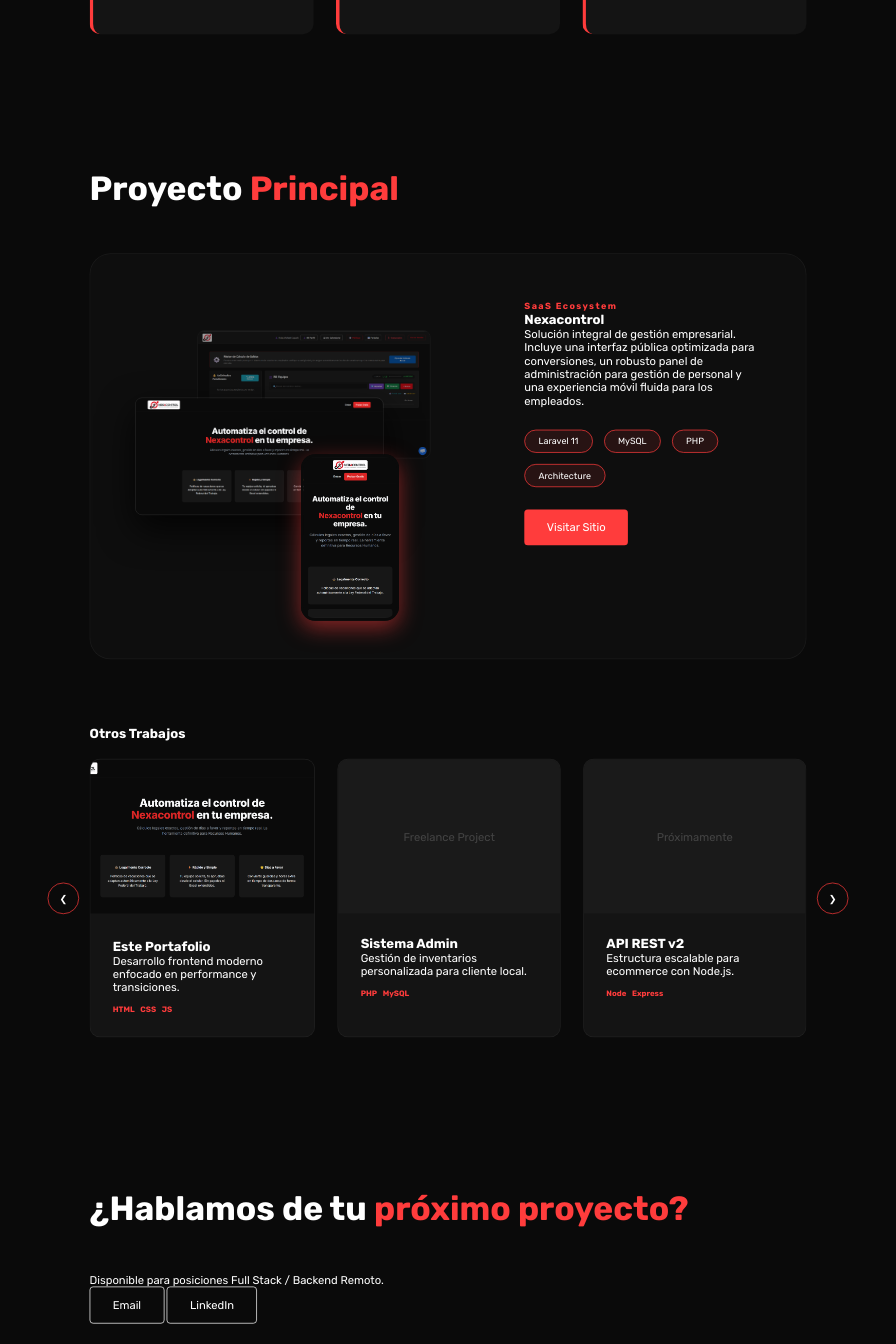
Repository: hercules830/Mi-portfolio-profesional
Page: index.html
These files come from the project's save history. The page is drawn as it stood at one moment and after the next save; the edit follows.
The browser window is 1280 px wide. The pictures show the part of the page from y = 1097 to 3017 px (the page is 3052 px tall before and 3260 px after), at 70% of full size.
Some web fonts or font styles are not loaded; a fallback is used.

Above is the page before, as saved 2026-05-30 00:42:45.

### index.html
<!DOCTYPE html>
<html lang="es">
  <head>
    <meta charset="UTF-8" />
    <meta name="viewport" content="width=device-width, initial-scale=1.0" />
    <link rel="stylesheet" href="styles.css" />
    <link rel="preconnect" href="https://fonts.googleapis.com" />
    <link rel="preconnect" href="https://fonts.gstatic.com" crossorigin />
    <link
      href="https://fonts.googleapis.com/css2?family=Rubik:wght@300;400;700&family=Rubik+Storm&display=swap"
      rel="stylesheet"
    />
    <title>Brayan Espinoza | Full Stack Developer</title>
  </head>
  <body>
    <header class="header">
      <nav class="nav">
        <div class="logo-container">
          <p class="logo">BRAYAN <span>ESPINOZA</span></p>
        </div>
        <ul class="links">
          <li><a class="link" href="#inicio">Inicio</a></li>
          <li><a class="link" href="#habilidades">Habilidades</a></li>
          <li><a class="link" href="#proyectos">Proyectos</a></li>
          <li><a class="link" href="#contacto">Contacto</a></li>
        </ul>
      </nav>

      <div class="description" id="inicio">
        <h1 class="header-title">Brayan</h1>
        <p class="my-description">Engineer + Full Stack Web Developer</p>
        <div class="cta-container">
          <a href="#proyectos" class="btn-primary">Ver Proyectos</a>
          <a href="#contacto" class="btn-secondary">Contáctame</a>
        </div>
      </div>
    </header>

    <!-- SECCIÓN HABILIDADES -->
    <section class="section" id="habilidades">
      <h2 class="section-title">Habilidades <span>Técnicas</span></h2>
      <div class="skills-grid">
        <div class="skill-card">
          <h3>Backend</h3>
          <p>PHP, Laravel, Node.js, MySQL, Eloquent ORM, REST APIs</p>
        </div>
        <div class="skill-card">
          <h3>Frontend</h3>
          <p>JavaScript (ES6+), React, HTML5, CSS3, Tailwind</p>
        </div>
        <div class="skill-card">
          <h3>Herramientas</h3>
          <p>Git, Postman, SCRUM, Linux, AWS 기초</p>
        </div>
      </div>
    </section>

    <!-- SECCIÓN PROYECTOS -->
    <section class="section" id="proyectos">
      <h2 class="section-title">Proyecto <span>Principal</span></h2>

      <!-- PROYECTO DESTACADO: NEXACONTROL -->
      <div class="featured-project">
        <div class="featured-img-container">
          <!-- 1. La Landing Page (Imagen Principal ahora) -->
          <img
            src="assets/img/projects/indexNexa.png"
            alt="Nexacontrol Landing"
            class="img-lead"
          />

          <!-- 2. El Panel Administrativo (Imagen Secundaria desplazada) -->
          <img
            src="assets/img/projects/panelJefeAreaNexa.png"
            alt="Nexacontrol Panel"
            class="img-panel"
          />

          <!-- 3. La Versión Móvil (Imagen Flotante) -->
          <img
            src="assets/img/projects/indexNexaPhone.png"
            alt="Nexacontrol Mobile"
            class="img-phone"
          />
        </div>

        <div class="featured-info">
          <span class="tag">SaaS Ecosystem</span>
          <h3>Nexacontrol</h3>
          <p>
            Solución integral de gestión empresarial. Incluye una interfaz
            pública optimizada para conversiones, un robusto panel de
            administración para gestión de personal y una experiencia móvil
            fluida para los empleados.
          </p>
          <div class="tech-stack">
            <span>Laravel 11</span><span>MySQL</span><span>PHP</span
            ><span>Architecture</span>
          </div>
          <div class="actions">
            <a
              href="https://nexacontrolapp.com"
              target="_blank"
              class="btn-primary"
              >Visitar Sitio</a
            >
          </div>
        </div>
      </div>

      <!-- En el CARRUSEL de abajo, cambia la primera tarjeta para que no se repita Nexacontrol -->
      <!-- Puedes poner una captura de este portafolio o un logo de "Freelance" -->

      <!-- CARRUSEL OTROS PROYECTOS -->
      <h3 class="sub-title">Otros <span>Trabajos</span></h3>
      <div class="carousel-container">
        <button class="carousel-btn prev" id="prevBtn">&#10094;</button>
        <div class="carousel-track-container">
          <ul class="carousel-track" id="track">
            <li class="project-card">
              <img
                src="assets/img/projects/indexNexa.png"
                alt="Portfolio Preview"
              />
              <div class="project-info">
                <h3>Este Portafolio</h3>
                <p>
                  Desarrollo frontend moderno enfocado en performance y
                  transiciones.
                </p>
                <div class="tech-tags">
                  <span>HTML</span><span>CSS</span><span>JS</span>
                </div>
              </div>
            </li>
            <li class="project-card">
              <div class="placeholder-img">Freelance Project</div>
              <div class="project-info">
                <h3>Sistema Admin</h3>
                <p>Gestión de inventarios personalizada para cliente local.</p>
                <div class="tech-tags"><span>PHP</span><span>MySQL</span></div>
              </div>
            </li>
            <li class="project-card">
              <div class="placeholder-img">Próximamente</div>
              <div class="project-info">
                <h3>API REST v2</h3>
                <p>Estructura escalable para ecommerce con Node.js.</p>
                <div class="tech-tags">
                  <span>Node</span><span>Express</span>
                </div>
              </div>
            </li>
          </ul>
        </div>
        <button class="carousel-btn next" id="nextBtn">&#10095;</button>
      </div>
    </section>

    <!-- FOOTER / CONTACTO -->
    <footer class="section" id="contacto">
      <h2 class="section-title">
        ¿Hablamos de tu <span>próximo proyecto?</span>
      </h2>
      <p>Disponible para posiciones Full Stack / Backend Remoto.</p>
      <div class="social-links">
        <a href="mailto:musicabjhe830@gmail.com" class="btn-secondary">Email</a>
        <a
          href="https://www.linkedin.com/in/brayan-espinoza-57191512a"
          target="_blank"
          class="btn-secondary"
          >LinkedIn</a
        >
      </div>
    </footer>

    <script src="script.js"></script>
  </body>
</html>

### styles.css
:root {
  --primary-red: #ff3c3c;
  --dark-bg: #0a0a0a;
  --card-bg: #141414;
  --text-white: #ffffff;
  --gray-text: #b3b3b3;
}

* {
  margin: 0;
  padding: 0;
  box-sizing: border-box;
  scroll-behavior: smooth;
}

body {
  background-color: var(--dark-bg);
  color: var(--text-white);
  font-family: "Rubik", sans-serif;
  overflow-x: hidden;
}

/* --- HEADER --- */
.header {
  height: 100vh;
  background: linear-gradient(to bottom, transparent 60%, var(--dark-bg) 100%),
    linear-gradient(rgba(0, 0, 0, 0.4), rgba(0, 0, 0, 0.4)),
    url("assets/background.jpg");
  background-size: cover;
  background-position: center;
  display: flex;
  flex-direction: column;
}

.nav {
  display: flex;
  justify-content: space-between;
  padding: 2rem 5%;
  align-items: center;
}

.logo {
  font-weight: bold;
  letter-spacing: 2px;
}
.logo span {
  color: var(--primary-red);
}

.links {
  display: flex;
  list-style: none;
  gap: 2rem;
}
.link {
  color: white;
  text-decoration: none;
  font-size: 0.9rem;
  transition: 0.3s;
}
.link:hover {
  color: var(--primary-red);
}

.description {
  flex: 1;
  display: flex;
  flex-direction: column;
  justify-content: center;
  padding-left: 10%;
}

.header-title {
  font-family: "Rubik Storm", cursive;
  font-size: clamp(4rem, 10vw, 8rem);
  color: var(--primary-red);
  text-shadow: 0 0 30px rgba(255, 60, 60, 0.4);
}

.my-description {
  font-size: 1.5rem;
  color: var(--gray-text);
  margin-bottom: 2rem;
}

/* --- BOTONES --- */
.btn-primary {
  background: var(--primary-red);
  color: white;
  padding: 1rem 2rem;
  text-decoration: none;
  border-radius: 5px;
  margin-right: 1rem;
  transition: 0.3s;
  display: inline-block;
}

.btn-secondary {
  border: 1px solid white;
  color: white;
  padding: 1rem 2rem;
  text-decoration: none;
  border-radius: 5px;
  transition: 0.3s;
  display: inline-block;
}

.btn-primary:hover {
  transform: scale(1.05);
  box-shadow: 0 0 20px rgba(255, 60, 60, 0.4);
}

/* --- SECCIONES --- */
.section {
  padding: 8rem 10% 4rem 10%;
}
.section-title {
  font-size: 3rem;
  margin-bottom: 4rem;
}
.section-title span {
  color: var(--primary-red);
}

/* --- HABILIDADES --- */
.skills-grid {
  display: grid;
  grid-template-columns: repeat(auto-fit, minmax(280px, 1fr));
  gap: 2rem;
}

.skill-card {
  background: var(--card-bg);
  padding: 3rem;
  border-radius: 15px;
  border-left: 5px solid var(--primary-red);
  transition: 0.3s;
}

.skill-card:hover {
  transform: translateY(-10px);
}
.skill-card h3 {
  margin-bottom: 1rem;
  color: var(--primary-red);
}

/* --- PROYECTO DESTACADO --- */
.featured-project {
  display: grid;
  grid-template-columns: 1.2fr 1fr;
  gap: 5rem;
  background: rgba(255, 255, 255, 0.02);
  padding: 4rem;
  border-radius: 30px;
  border: 1px solid rgba(255, 255, 255, 0.05);
  margin-bottom: 6rem;
}

.featured-img-container {
  position: relative;
  height: 400px;
}
.img-lead {
  width: 95%;
  height: 100%;
  object-fit: cover;
  border-radius: 15px;
  box-shadow: 0 20px 40px rgba(0, 0, 0, 0.6);
}
.img-overlay {
  position: absolute;
  bottom: -30px;
  right: -20px;
  width: 160px;
  border: 4px solid var(--dark-bg);
  border-radius: 20px;
  box-shadow: 0 10px 30px rgba(255, 60, 60, 0.4);
}

.tag {
  color: var(--primary-red);
  font-weight: bold;
  font-size: 0.8rem;
  letter-spacing: 2px;
}
.tech-stack {
  margin: 2rem 0;
  display: flex;
  gap: 1rem;
  flex-wrap: wrap;
}
.tech-stack span {
  background: rgba(255, 60, 60, 0.1);
  padding: 0.5rem 1.2rem;
  border-radius: 30px;
  border: 1px solid var(--primary-red);
  font-size: 0.8rem;
}

/* --- CARRUSEL --- */
.carousel-container {
  position: relative;
  display: flex;
  align-items: center;
}
.carousel-track-container {
  overflow: hidden;
  width: 100%;
}
.carousel-track {
  display: flex;
  list-style: none;
  gap: 2rem;
  transition: transform 0.5s ease;
  padding: 1.5rem 0;
}

.project-card {
  min-width: calc(33.33% - 1.4rem);
  background: var(--card-bg);
  border-radius: 15px;
  overflow: hidden;
  border: 1px solid rgba(255, 255, 255, 0.05);
}

.project-card img,
.placeholder-img {
  width: 100%;
  height: 220px;
  object-fit: cover;
}
.placeholder-img {
  background: #1a1a1a;
  display: flex;
  justify-content: center;
  align-items: center;
  color: #444;
}
.project-info {
  padding: 2rem;
}
.tech-tags {
  display: flex;
  gap: 0.5rem;
  margin-top: 1rem;
}
.tech-tags span {
  color: var(--primary-red);
  font-size: 0.7rem;
  font-weight: bold;
}

.carousel-btn {
  background: var(--dark-bg);
  border: 1px solid var(--primary-red);
  color: white;
  width: 45px;
  height: 45px;
  border-radius: 50%;
  cursor: pointer;
  position: absolute;
  z-index: 10;
}
.prev {
  left: -60px;
}
.next {
  right: -60px;
}

/* --- RESPONSIVE --- */
@media (max-width: 1100px) {
  .featured-project {
    grid-template-columns: 1fr;
    padding: 2rem;
  }
  .featured-img-container {
    height: 300px;
  }
  .project-card {
    min-width: calc(50% - 1rem);
  }
  .prev,
  .next {
    display: none;
  }
  .carousel-track-container {
    overflow-x: auto;
  }
}
@media (max-width: 700px) {
  .project-card {
    min-width: 100%;
  }
}

/* --- COMPOSICIÓN DE TRES IMÁGENES (Showcase) --- */
.featured-img-container {
  position: relative;
  height: 450px; /* Aumentamos un poco el alto para la composición */
  display: flex;
  align-items: center;
}

/* 1. Imagen Principal (Landing Page) */
.img-lead {
  width: 80%;
  height: auto;
  border-radius: 10px;
  box-shadow: 0 20px 50px rgba(0, 0, 0, 0.8);
  z-index: 2;
  transition: 0.5s ease;
  border: 1px solid rgba(255, 255, 255, 0.1);
}

/* 2. Imagen del Panel (La que estaba en grande antes, ahora va atrás a la derecha) */
.img-panel {
  position: absolute;
  top: 10%;
  right: 5%;
  width: 75%;
  height: auto;
  border-radius: 10px;
  z-index: 1; /* Va detrás de la principal */
  opacity: 0.6; /* Un poco de transparencia para dar profundidad */
  filter: blur(1px); /* Efecto de profundidad de campo */
  transition: 0.5s ease;
  border: 1px solid rgba(255, 255, 255, 0.1);
}

/* 3. Imagen del Teléfono (Al frente de todo) */
.img-phone {
  position: absolute;
  bottom: -10px;
  right: 15%;
  width: 140px; /* Tamaño de un smartphone */
  height: auto;
  z-index: 3; /* Al frente de todas */
  border: 4px solid var(--dark-bg);
  border-radius: 20px;
  box-shadow: 0 10px 30px rgba(255, 60, 60, 0.5);
  transition: 0.5s ease;
}

/* EFECTOS AL PASAR EL MOUSE (Hover) */
.featured-project:hover .img-lead {
  transform: translateX(-20px);
}

.featured-project:hover .img-panel {
  opacity: 1;
  filter: blur(0);
  transform: translate(20px, -20px);
  z-index: 4; /* Al pasar el mouse, el panel puede resaltar */
}

.featured-project:hover .img-phone {
  transform: scale(1.1) rotate(-5deg);
}

/* Ajuste para que la info no se pegue */
.featured-info {
  z-index: 10;
  padding-left: 2rem;
}

### script.js
document.addEventListener("DOMContentLoaded", () => {
  // 1. Lógica del Carrusel
  const track = document.getElementById("track");
  const nextBtn = document.getElementById("nextBtn");
  const prevBtn = document.getElementById("prevBtn");
  let index = 0;

  const updateCarousel = () => {
    const cardWidth = document.querySelector(".project-card").offsetWidth + 32;
    track.style.transform = `translateX(-${index * cardWidth}px)`;
  };

  nextBtn.addEventListener("click", () => {
    const cardsVisible = Math.floor(
      track.parentElement.offsetWidth /
        document.querySelector(".project-card").offsetWidth
    );
    if (index < track.children.length - cardsVisible) {
      index++;
    } else {
      index = 0;
    }
    updateCarousel();
  });

  prevBtn.addEventListener("click", () => {
    if (index > 0) {
      index--;
      updateCarousel();
    }
  });

  // 2. Efecto Revelado al hacer Scroll
  const observerOptions = { threshold: 0.1 };
  const observer = new IntersectionObserver((entries) => {
    entries.forEach((entry) => {
      if (entry.isIntersecting) {
        entry.target.style.opacity = "1";
        entry.target.style.transform = "translateY(0)";
      }
    });
  }, observerOptions);

  document.querySelectorAll(".section").forEach((section) => {
    section.style.opacity = "0";
    section.style.transform = "translateY(40px)";
    section.style.transition = "all 0.8s ease-out";
    observer.observe(section);
  });

  window.addEventListener("resize", updateCarousel);
});

After the next save:
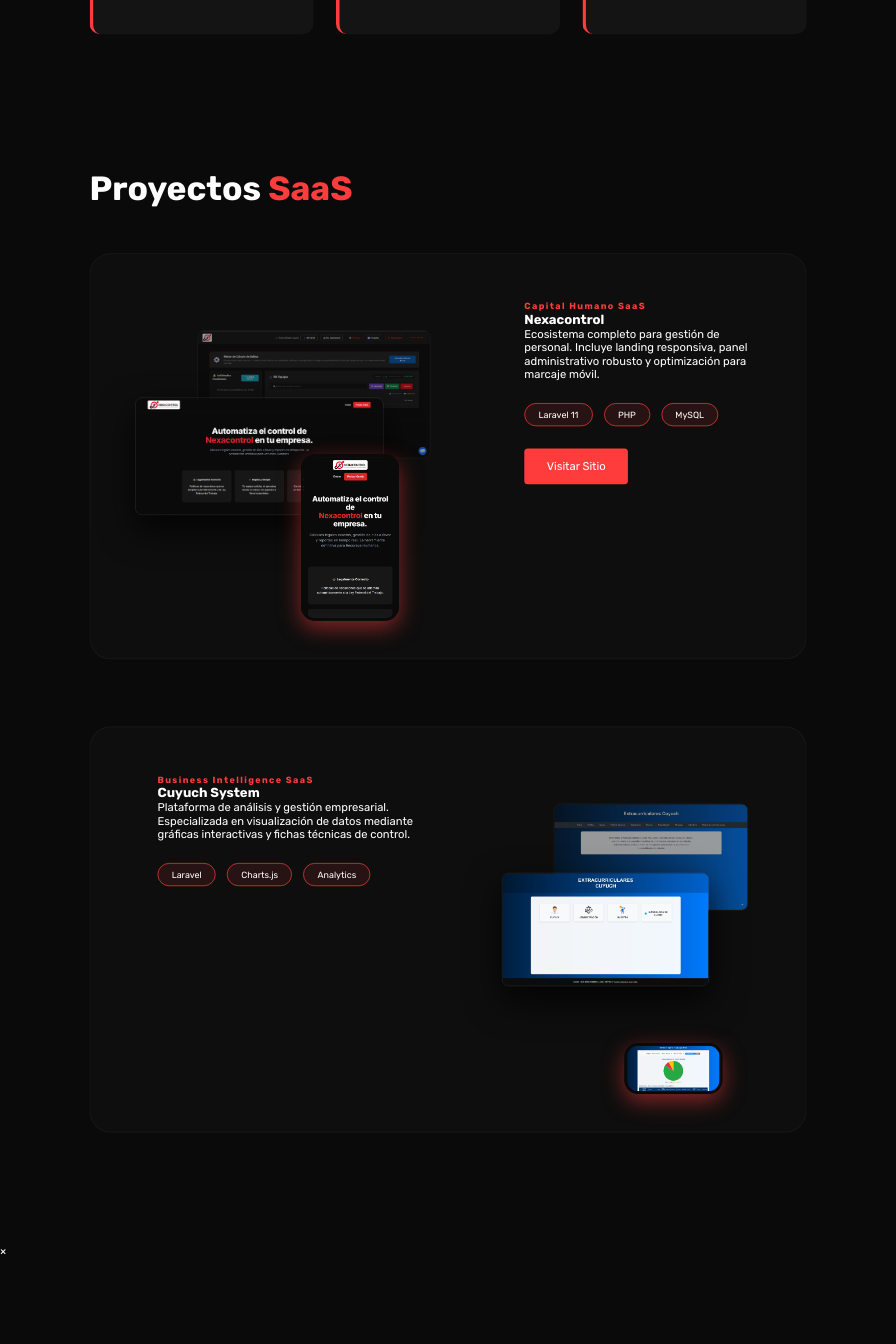
Console error: TypeError: Cannot read properties of null (reading 'addEventListener')
Saved 15 h 58 min later.
--- a/index.html
+++ b/index.html
@@ -36,7 +36,6 @@
       </div>
     </header>
 
-    <!-- SECCIÓN HABILIDADES -->
     <section class="section" id="habilidades">
       <h2 class="section-title">Habilidades <span>Técnicas</span></h2>
       <div class="skills-grid">
@@ -55,47 +54,38 @@
       </div>
     </section>
 
-    <!-- SECCIÓN PROYECTOS -->
     <section class="section" id="proyectos">
-      <h2 class="section-title">Proyecto <span>Principal</span></h2>
+      <h2 class="section-title">Proyectos <span>SaaS</span></h2>
 
-      <!-- PROYECTO DESTACADO: NEXACONTROL -->
+      <!-- PROYECTO 1: NEXACONTROL -->
       <div class="featured-project">
         <div class="featured-img-container">
-          <!-- 1. La Landing Page (Imagen Principal ahora) -->
           <img
             src="assets/img/projects/indexNexa.png"
             alt="Nexacontrol Landing"
-            class="img-lead"
+            class="img-lead zoomable"
           />
-
-          <!-- 2. El Panel Administrativo (Imagen Secundaria desplazada) -->
           <img
             src="assets/img/projects/panelJefeAreaNexa.png"
             alt="Nexacontrol Panel"
-            class="img-panel"
+            class="img-panel zoomable"
           />
-
-          <!-- 3. La Versión Móvil (Imagen Flotante) -->
           <img
             src="assets/img/projects/indexNexaPhone.png"
             alt="Nexacontrol Mobile"
-            class="img-phone"
+            class="img-phone zoomable"
           />
         </div>
-
         <div class="featured-info">
-          <span class="tag">SaaS Ecosystem</span>
+          <span class="tag">Capital Humano SaaS</span>
           <h3>Nexacontrol</h3>
           <p>
-            Solución integral de gestión empresarial. Incluye una interfaz
-            pública optimizada para conversiones, un robusto panel de
-            administración para gestión de personal y una experiencia móvil
-            fluida para los empleados.
+            Ecosistema completo para gestión de personal. Incluye landing
+            responsiva, panel administrativo robusto y optimización para marcaje
+            móvil.
           </p>
           <div class="tech-stack">
-            <span>Laravel 11</span><span>MySQL</span><span>PHP</span
-            ><span>Architecture</span>
+            <span>Laravel 11</span><span>PHP</span><span>MySQL</span>
           </div>
           <div class="actions">
             <a
@@ -108,61 +98,51 @@
         </div>
       </div>
 
-      <!-- En el CARRUSEL de abajo, cambia la primera tarjeta para que no se repita Nexacontrol -->
-      <!-- Puedes poner una captura de este portafolio o un logo de "Freelance" -->
-
-      <!-- CARRUSEL OTROS PROYECTOS -->
-      <h3 class="sub-title">Otros <span>Trabajos</span></h3>
-      <div class="carousel-container">
-        <button class="carousel-btn prev" id="prevBtn">&#10094;</button>
-        <div class="carousel-track-container">
-          <ul class="carousel-track" id="track">
-            <li class="project-card">
-              <img
-                src="assets/img/projects/indexNexa.png"
-                alt="Portfolio Preview"
-              />
-              <div class="project-info">
-                <h3>Este Portafolio</h3>
-                <p>
-                  Desarrollo frontend moderno enfocado en performance y
-                  transiciones.
-                </p>
-                <div class="tech-tags">
-                  <span>HTML</span><span>CSS</span><span>JS</span>
-                </div>
-              </div>
-            </li>
-            <li class="project-card">
-              <div class="placeholder-img">Freelance Project</div>
-              <div class="project-info">
-                <h3>Sistema Admin</h3>
-                <p>Gestión de inventarios personalizada para cliente local.</p>
-                <div class="tech-tags"><span>PHP</span><span>MySQL</span></div>
-              </div>
-            </li>
-            <li class="project-card">
-              <div class="placeholder-img">Próximamente</div>
-              <div class="project-info">
-                <h3>API REST v2</h3>
-                <p>Estructura escalable para ecommerce con Node.js.</p>
-                <div class="tech-tags">
-                  <span>Node</span><span>Express</span>
-                </div>
-              </div>
-            </li>
-          </ul>
+      <!-- PROYECTO 2: CUYUCH (Invertido para diseño) -->
+      <div class="featured-project reverse">
+        <div class="featured-info">
+          <span class="tag">Business Intelligence SaaS</span>
+          <h3>Cuyuch System</h3>
+          <p>
+            Plataforma de análisis y gestión empresarial. Especializada en
+            visualización de datos mediante gráficas interactivas y fichas
+            técnicas de control.
+          </p>
+          <div class="tech-stack">
+            <span>Laravel</span><span>Charts.js</span><span>Analytics</span>
+          </div>
         </div>
-        <button class="carousel-btn next" id="nextBtn">&#10095;</button>
+        <div class="featured-img-container">
+          <img
+            src="assets/img/projects/indexCuyuch.png"
+            alt="Cuyuch Landing"
+            class="img-lead zoomable"
+          />
+          <img
+            src="assets/img/projects/panelCuyuch.png"
+            alt="Cuyuch Panel"
+            class="img-panel zoomable"
+          />
+          <img
+            src="assets/img/projects/graficaCuyuch.png"
+            alt="Cuyuch Data"
+            class="img-phone zoomable"
+          />
+        </div>
       </div>
     </section>
 
-    <!-- FOOTER / CONTACTO -->
+    <!-- MODAL PARA ZOOM DE IMÁGENES -->
+    <div id="imageModal" class="modal">
+      <span class="close">&times;</span>
+      <img class="modal-content" id="imgFull" />
+      <div id="caption"></div>
+    </div>
+
     <footer class="section" id="contacto">
       <h2 class="section-title">
-        ¿Hablamos de tu <span>próximo proyecto?</span>
+        ¿Listo para el <span>siguiente nivel?</span>
       </h2>
-      <p>Disponible para posiciones Full Stack / Backend Remoto.</p>
       <div class="social-links">
         <a href="mailto:musicabjhe830@gmail.com" class="btn-secondary">Email</a>
         <a
